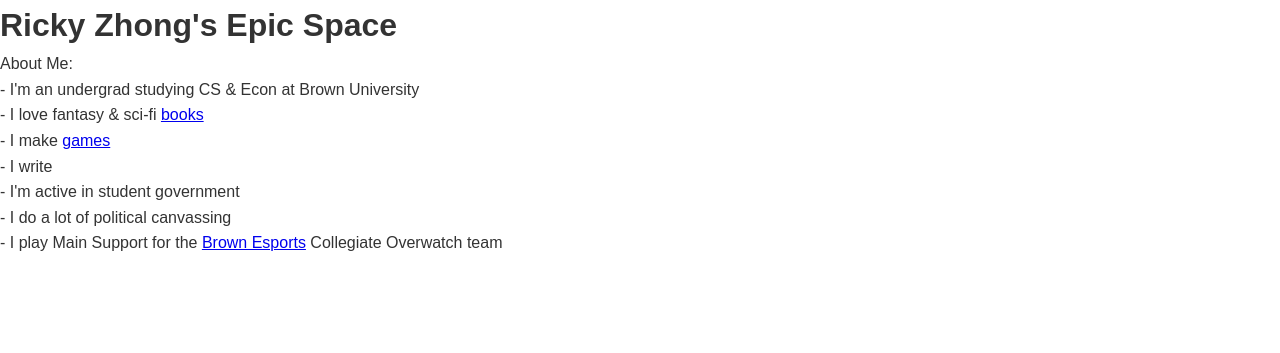
Repository: rickydaricky/rickydaricky.github.io
Page: index.html
The author's editor kept a copy of each file at every save. The page is drawn from the files as they stood at one save, then again after the next save.
The browser window is 1280 px wide. The pictures show the whole page.

Above is the page before, as saved 2023-03-31 10:56:58.

After the next save:
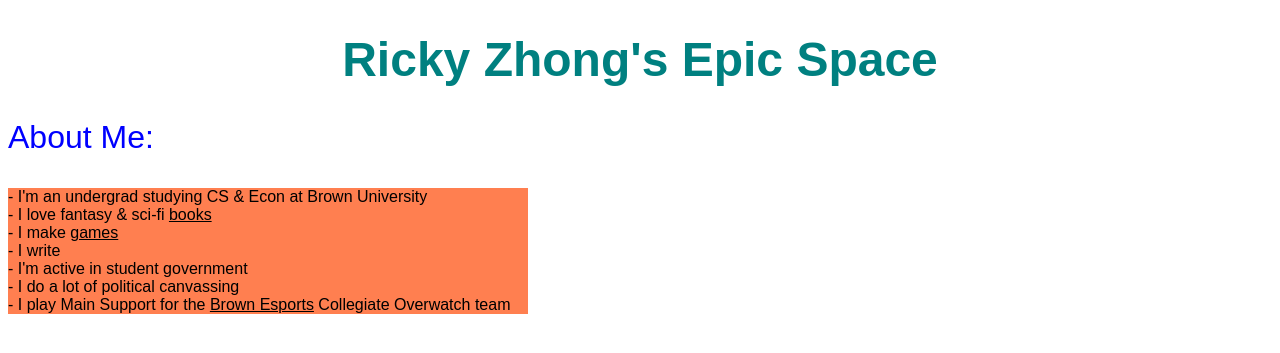
Saved 3 s later.
--- a/main.css
+++ b/main.css
@@ -1,58 +1,26 @@
-* {
-  box-sizing: border-box;
-  margin: 0;
-  padding: 0;
+p {
+  text-align: justify;
+  font-size: 200%;
 }
 
-body {
-  font-family: 'Arial', sans-serif;
-  line-height: 1.6;
-  color: #333;
+html * {
+  font-size: 16px;
+  color: black;
+  font-family: Nunito, sans-serif;
 }
 
-header {
-  background-color: #333;
-  padding: 1rem;
-  text-align: center;
+.about {
+  font-size: 200%;
+  color: blue;
 }
 
-nav ul {
-  list-style-type: none;
+.title {
+  text-align: center;
+  font-size: 300%;
+  color: teal;
 }
 
-nav ul li {
-  display: inline;
-  margin-right: 1rem;
+.square {
+  width: 520px;
+  background-color: coral;
 }
-
-nav ul li:last-child {
-  margin-right: 0;
-}
-
-nav a {
-  text-decoration: none;
-  color: #fff;
-}
-
-nav a:hover {
-  color: #ccc;
-}
-
-main {
-  max-width: 1200px;
-  margin: 0 auto;
-  padding: 2rem;
-}
-
-#hero {
-  text-align: center;
-  margin-bottom: 2rem;
-}
-
-#hero h1 {
-  font-size: 2.5rem;
-  margin-bottom: 1rem;
-}
-
-#hero p {
-  font-size: 1.2rem;
